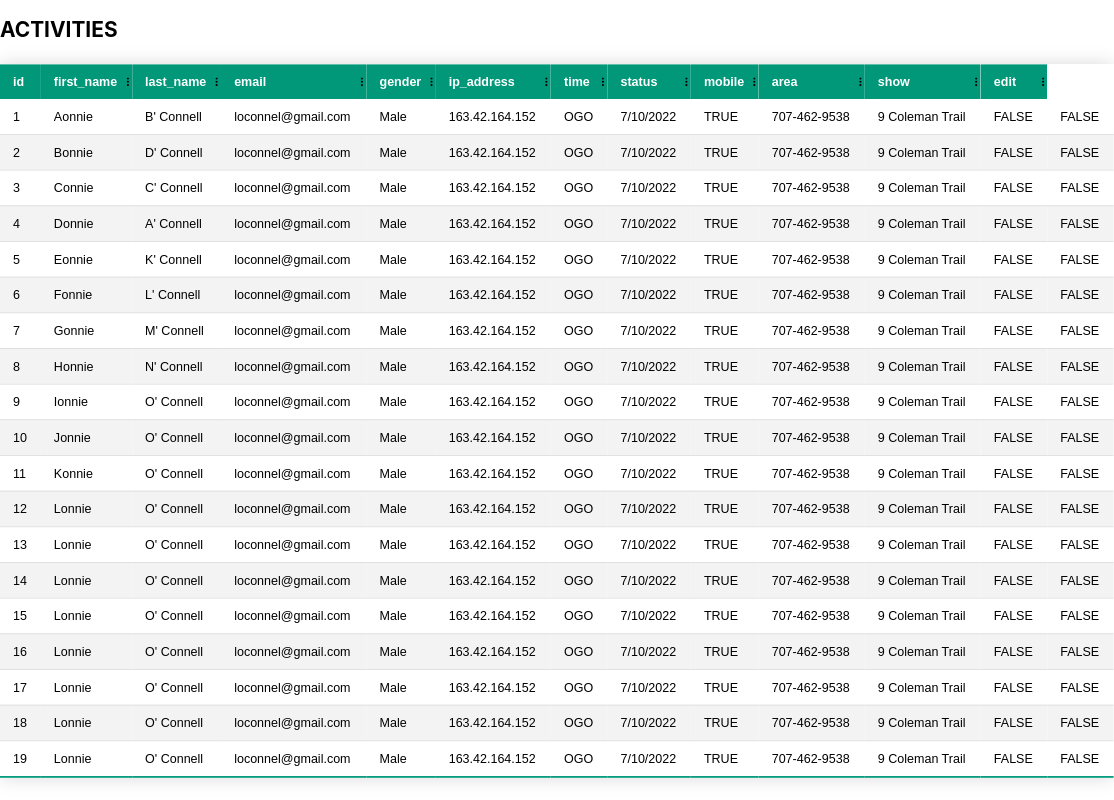
Repository: kartik077-cr7/Ckart
Page: /
The author's editor kept a copy of each file at every save. The page is drawn from the files as they stood at one save, then again after the next save.
The browser window is 1280 px wide. The pictures show the whole page, at 87% of full size.
The project was rebuilt for these pictures with package versions that can differ from the ones it lists, and the page was loaded fresh each time. Also part of the build but not shown: src/components/Modal.js.

Above is the page before, as saved 2022-12-10 21:11:17.

### src/App.js
import Table from "./components/Table";
import { useState } from "react";
import { driversData } from "./demoData/data";
import './App.css';

function App() {

	const [tableData,setTableData] = useState(driversData);
  const [sortedCol,setSortedCol] = useState({column:-1,order:-1});

	const columns = ["id","first_name","last_name","email","gender","ip_address","time","status","mobile","area","show","edit"];

	Array.prototype.ModernSort = function(tag,order){

		// console.log("tag is ",tag);
		function compare(a,b){
      // console.log("tag inside is ",tag);
			// console.log(a," ",a[tag]," comparing with ",b[tag]);
			if(a[tag] > b[tag])
			{
				if(order == 1)
					return 1;
				else
					return -1;
			}
			else
			{
				if(order == 1)
					return -1;
				else
					return 1;

			}
		}
		this.sort(compare);
};

	const handleFilter = (index,val) => {
		  // console.log("Filtering ",index," and val is ",val);
      const temp = tableData;
			setSortedCol({column:index,order:val});
			const tag = columns[index];
			temp.ModernSort(tag,val);
			// console.log("new table data is ",tableData);
			setTableData(tableData);
	};

  return (
    <div className="App">
			<Table
			   sortedCol = {sortedCol}
			   data = {driversData}
			   headingColumns={columns}
				 title = "Activities"
				 handleFilter={handleFilter}
			/>
    </div>
  );
}

export default App;

### src/components/Table.js
import React from "react";
import Column from "./Column";

const Table = ({ data,headingColumns,title,handleFilter,sortedCol }) => {

	const rowDatas = data.map((row,index) => {

		let rowData = [];
		let i = 0;

		for(const key in row){
			rowData.push({
				key: headingColumns[i],
				val: row[key]
			});
			i++;
		}

		const checkStatus = (data) => {
			if(data.key == 'status')
			{
				if(data.val == 'FALSE')
				  return 'red';
				else
				  return 'green';
			}
			else
			  return '';
		}

		return <tr key={index}>
		{rowData.map((data, index) => <td key={index} className={checkStatus(data)}  data-heading={data.key}>{data.val}</td>)}
	  </tr>
	})

	return (
		<div className="table-container">
			<div className="table-title">
				<h2>{title.toUpperCase()}</h2>
			</div>
			<table className="table-class">
				<thead>
					<tr>
						{headingColumns.map((col,index) => (
							<Column sortedCol={sortedCol} handleFilter={handleFilter} key={index} column_name={col} index={index}/>
						))}
					</tr>
				</thead>
				<tbody>
					{rowDatas}
				</tbody>
			</table>
		</div>
	)
}

export default Table;

### src/demoData/data.js
export const driversData = [
  {
    id: 1,
    first_name: "Aonnie",
		last_name: "B' Connell ",
		email: "loconnel@gmail.com",
		gender: "Male",
		ip_address: "163.42.164.152",
		airport_code:"OGO",
		time:"7/10/2022",
		status:"TRUE",
		mobile:"707-462-9538",
		area: "9 Coleman Trail",
		show: "FALSE",
		edit: "FALSE"
  },
  {
    id: 2,
    first_name: "Bonnie",
		last_name: "D' Connell ",
		email: "loconnel@gmail.com",
		gender: "Male",
		ip_address: "163.42.164.152",
		airport_code:"OGO",
		time:"7/10/2022",
		status:"TRUE",
		mobile:"707-462-9538",
		area: "9 Coleman Trail",
		show: "FALSE",
		edit: "FALSE"
  },
  {
    id: 3,
    first_name: "Connie",
		last_name: "C' Connell ",
		email: "loconnel@gmail.com",
		gender: "Male",
		ip_address: "163.42.164.152",
		airport_code:"OGO",
		time:"7/10/2022",
		status:"TRUE",
		mobile:"707-462-9538",
		area: "9 Coleman Trail",
		show: "FALSE",
		edit: "FALSE"
  },
  {
    id: 4,
    first_name: "Donnie",
		last_name: "A' Connell ",
		email: "loconnel@gmail.com",
		gender: "Male",
		ip_address: "163.42.164.152",
		airport_code:"OGO",
		time:"7/10/2022",
		status:"TRUE",
		mobile:"707-462-9538",
		area: "9 Coleman Trail",
		show: "FALSE",
		edit: "FALSE"
  },
  {
    id: 5,
		first_name: "Eonnie",
		last_name: "K' Connell ",
		email: "loconnel@gmail.com",
		gender: "Male",
		ip_address: "163.42.164.152",
		airport_code:"OGO",
		time:"7/10/2022",
		status:"TRUE",
		mobile:"707-462-9538",
		area: "9 Coleman Trail",
		show: "FALSE",
		edit: "FALSE"
  },
  {
    id: 6,
		first_name: "Fonnie",
		last_name: "L' Connell ",
		email: "loconnel@gmail.com",
		gender: "Male",
		ip_address: "163.42.164.152",
		airport_code:"OGO",
		time:"7/10/2022",
		status:"TRUE",
		mobile:"707-462-9538",
		area: "9 Coleman Trail",
		show: "FALSE",
		edit: "FALSE"
  },
  {
    id: 7,
		first_name: "Gonnie",
		last_name: "M' Connell ",
		email: "loconnel@gmail.com",
		gender: "Male",
		ip_address: "163.42.164.152",
		airport_code:"OGO",
		time:"7/10/2022",
		status:"TRUE",
		mobile:"707-462-9538",
		area: "9 Coleman Trail",
		show: "FALSE",
		edit: "FALSE"
  },
  {
    id: 8,
		first_name: "Honnie",
		last_name: "N' Connell ",
		email: "loconnel@gmail.com",
		gender: "Male",
		ip_address: "163.42.164.152",
		airport_code:"OGO",
		time:"7/10/2022",
		status:"TRUE",
		mobile:"707-462-9538",
		area: "9 Coleman Trail",
		show: "FALSE",
		edit: "FALSE"
  },
  {
    id: 9,
		first_name: "Ionnie",
		last_name: "O' Connell ",
		email: "loconnel@gmail.com",
		gender: "Male",
		ip_address: "163.42.164.152",
		airport_code:"OGO",
		time:"7/10/2022",
		status:"TRUE",
		mobile:"707-462-9538",
		area: "9 Coleman Trail",
		show: "FALSE",
		edit: "FALSE"
  },
  {
    id: 10,
    first_name: "Jonnie",
		last_name: "O' Connell ",
		email: "loconnel@gmail.com",
		gender: "Male",
		ip_address: "163.42.164.152",
		airport_code:"OGO",
		time:"7/10/2022",
		status:"TRUE",
		mobile:"707-462-9538",
		area: "9 Coleman Trail",
		show: "FALSE",
		edit: "FALSE"
  },
  {
    id: 11,
		first_name: "Konnie",
		last_name: "O' Connell ",
		email: "loconnel@gmail.com",
		gender: "Male",
		ip_address: "163.42.164.152",
		airport_code:"OGO",
		time:"7/10/2022",
		status:"TRUE",
		mobile:"707-462-9538",
		area: "9 Coleman Trail",
		show: "FALSE",
		edit: "FALSE"

  },
  {
    id: 12,
    first_name: "Lonnie",
		last_name: "O' Connell ",
		email: "loconnel@gmail.com",
		gender: "Male",
		ip_address: "163.42.164.152",
		airport_code:"OGO",
		time:"7/10/2022",
		status:"TRUE",
		mobile:"707-462-9538",
		area: "9 Coleman Trail",
		show: "FALSE",
		edit: "FALSE"
  },
  {
    id: 13,
    first_name: "Lonnie",
		last_name: "O' Connell ",
		email: "loconnel@gmail.com",
		gender: "Male",
		ip_address: "163.42.164.152",
		airport_code:"OGO",
		time:"7/10/2022",
		status:"TRUE",
		mobile:"707-462-9538",
		area: "9 Coleman Trail",
		show: "FALSE",
		edit: "FALSE"
  },
  {
    id: 14,
		first_name: "Lonnie",
		last_name: "O' Connell ",
		email: "loconnel@gmail.com",
		gender: "Male",
		ip_address: "163.42.164.152",
		airport_code:"OGO",
		time:"7/10/2022",
		status:"TRUE",
		mobile:"707-462-9538",
		area: "9 Coleman Trail",
		show: "FALSE",
		edit: "FALSE"
  },
  {
    id: 15,
		first_name: "Lonnie",
		last_name: "O' Connell ",
		email: "loconnel@gmail.com",
		gender: "Male",
		ip_address: "163.42.164.152",
		airport_code:"OGO",
		time:"7/10/2022",
		status:"TRUE",
		mobile:"707-462-9538",
		area: "9 Coleman Trail",
		show: "FALSE",
		edit: "FALSE"
  },
  {
    id: 16,
		first_name: "Lonnie",
		last_name: "O' Connell ",
		email: "loconnel@gmail.com",
		gender: "Male",
		ip_address: "163.42.164.152",
		airport_code:"OGO",
		time:"7/10/2022",
		status:"TRUE",
		mobile:"707-462-9538",
		area: "9 Coleman Trail",
		show: "FALSE",
		edit: "FALSE"
  },
  {
    id: 17,
		first_name: "Lonnie",
		last_name: "O' Connell ",
		email: "loconnel@gmail.com",
		gender: "Male",
		ip_address: "163.42.164.152",
		airport_code:"OGO",
		time:"7/10/2022",
		status:"TRUE",
		mobile:"707-462-9538",
		area: "9 Coleman Trail",
		show: "FALSE",
		edit: "FALSE"
  },
  {
    id: 18,
		first_name: "Lonnie",
		last_name: "O' Connell ",
		email: "loconnel@gmail.com",
		gender: "Male",
		ip_address: "163.42.164.152",
		airport_code:"OGO",
		time:"7/10/2022",
		status:"TRUE",
		mobile:"707-462-9538",
		area: "9 Coleman Trail",
		show: "FALSE",
		edit: "FALSE"
  },
  {
    id: 19,
		first_name: "Lonnie",
		last_name: "O' Connell ",
		email: "loconnel@gmail.com",
		gender: "Male",
		ip_address: "163.42.164.152",
		airport_code:"OGO",
		time:"7/10/2022",
		status:"TRUE",
		mobile:"707-462-9538",
		area: "9 Coleman Trail",
		show: "FALSE",
		edit: "FALSE"
  },
];

### src/App.css
.table-container{
	width: 100%;
}
.table-class{
	width: 100%;
	border-collapse: collapse;
	margin: 25px 0;
	font-size: 0.9em;
	font-family: sans-serif;
	min-width: 400px;
	box-shadow: 0 0 20px rgba(0, 0, 0, 0.15);
}

.table-class thead tr {
	background-color: #009879;
	color: #ffffff;
	text-align: left;
}

.table-class th,
.table-class td {
    padding: 12px 15px;
}

.table-class tbody tr {
	border-bottom: 1px solid #dddddd;
}

.table-class tbody tr:nth-of-type(even) {
	background-color: #f3f3f3;
}

.table-class tbody tr:last-of-type {
	border-bottom: 2px solid #009879;
}

.table-class tbody tr.active-row {
	font-weight: bold;
	color: #009879;
}

.modal {
	position: absolute;
	left: 0;
	top: 30px;
	right: 0;
	bottom: 0;
	background-color: rgba(0,0,0,0.5);
	height: 50px;
	width:  100px;
}

.modal-body{
	padding: 0px;
}

li:before {
  position: absolute;
  content: "";
  width: 100%;
  height: 100%;
  bottom: 0;
  left: 0;
  background-color:#F68026;
  z-index: -1;
  transform: scale(0);
  transition: transform 0.5s ease-in-out;
}

li {
	cursor: pointer;
	display: inline-block;
	width: 100%;
}

li:hover {
	background-color: rgb(179, 255, 0);
}

### src/components/Column.js
import React from 'react';
import { useState } from 'react';
import Dots from "../svg/vertical_dot.svg";
import Modal from './Modal';

const Column = ({column_name,index,handleFilter}) => {

	const [open, setOpen] = useState(false);

	const handleOpen = () => {
		console.log("opening modal ");
		setOpen(!open);
	};

	const handleClose = () => {
    setOpen(false);
	};

	const handleFilterCol = (val) => {
		handleFilter(index,val);
	};

	return (
		<th key = {index} style={{position:"relative"}} onClick = {() => {if(open)setOpen(false) } }>
			{column_name}
			{open && <Modal handleFilter = {handleFilterCol} />}
			{ index !== 0 && <img
			  onClick = {handleOpen}
				src = {Dots}
				style={{
					width: "10px",
					height: "10px",
					top: "15px",
					right: "0px",
					position: "absolute",
					cursor: "pointer",
				}}
			 />
			}
		</th>
	)
};

export default Column;

Loaded but not shown: public/index.html (common file); src/index.js (common file); src/index.css (common file); src/reportWebVitals.js (common file)

After the next save:
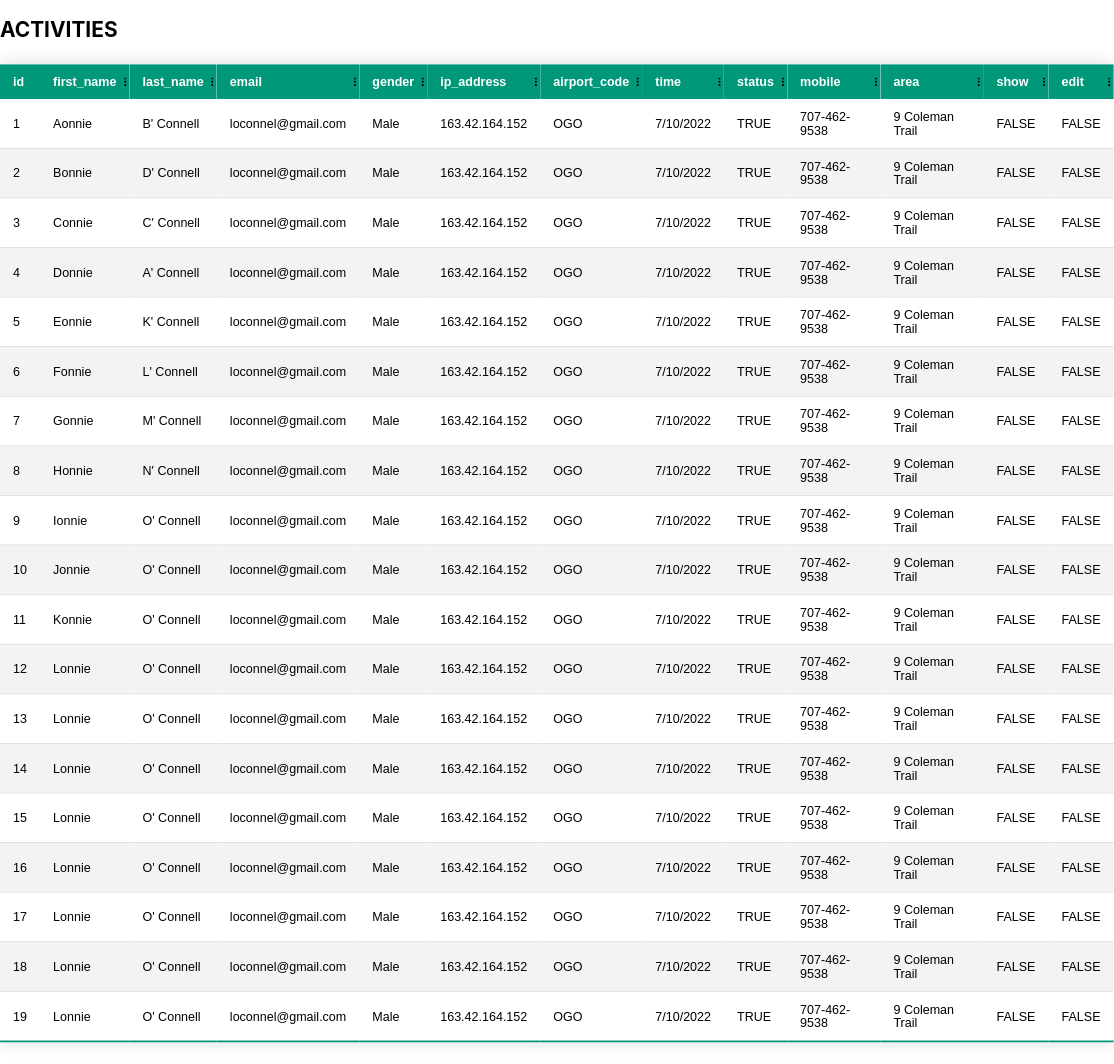
Saved 70 s later.
--- a/src/App.js
+++ b/src/App.js
@@ -8,7 +8,7 @@ function App() {
 	const [tableData,setTableData] = useState(driversData);
   const [sortedCol,setSortedCol] = useState({column:-1,order:-1});
 
-	const columns = ["id","first_name","last_name","email","gender","ip_address","time","status","mobile","area","show","edit"];
+	const columns = ["id","first_name","last_name","email","gender","ip_address","airport_code","time","status","mobile","area","show","edit"];
 
 	Array.prototype.ModernSort = function(tag,order){
 
